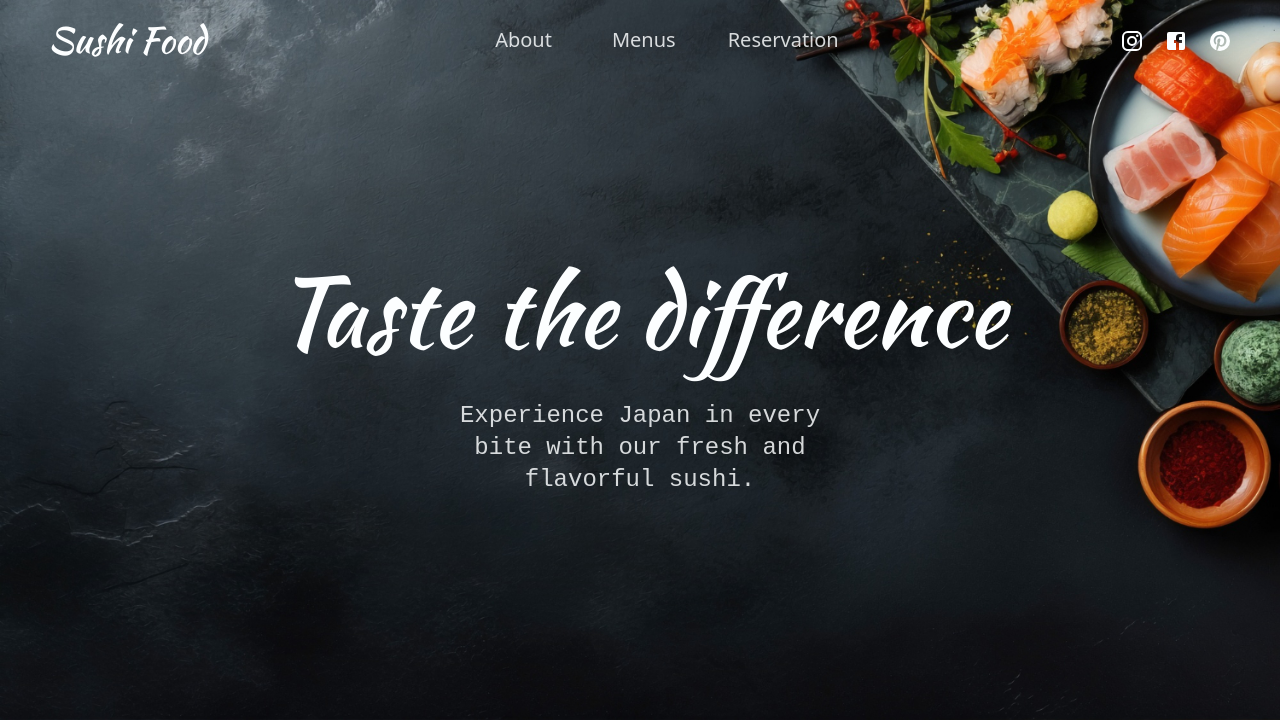
Repository: Adrien-legeleu/sushi-food
Page: /
An editor plug-in stored every save of this project. The page is shown before and after the next save, followed by the edit.
The browser window is 1280 px wide. The pictures show the whole page.
Some web fonts or font styles are not loaded; a fallback is used. The project was rebuilt for these pictures with package versions that can differ from the ones it lists, and the page was loaded fresh each time. Also part of the build but not shown: vite.config.ts.

Above is the page before, as saved 2024-04-28 20:20:39.

### src/App.tsx
import { Header, Landing } from "./Components"

const App =()=> {
  return (
    <div className="bg-greenBlack h-full w-full">
      <Header/>
      <Landing/>
    </div>
  )
}

export default App

### src/index.css
@import url('https://fonts.googleapis.com/css2?family=Kaushan+Script&family=Nanum+Gothic+Coding&display=swap');

@tailwind base;
@tailwind components;
@tailwind utilities;

*{
    margin: 0;
    padding: 0;
    box-sizing: border-box;
}

### src/Components/index.ts
export * from "./Landing";
export * from "./Header";

### src/Components/Landing.tsx
export const Landing =()=>{
    return(
        <div className="h-screen w-full bg-[url('././assets/mainfond.jpg')] bg-cover bg-center-top flex items-center justify-center flex-col gap-10 pt-10">
            <h1 className="font-title text-whiteTitle text-8xl">Taste the difference</h1>
            <p className="text-whiteText font-text text-2xl text-center w-1/3">Experience Japan in every bite with our fresh and flavorful sushi.</p>
        </div>
    )
}

### src/Components/Header.tsx
import InstagramIcon from '@mui/icons-material/Instagram';
import FacebookIcon from '@mui/icons-material/Facebook';
import PinterestIcon from '@mui/icons-material/Pinterest';
export const Header =()=>{
    return (
        <div className='fixed h-20 w-full max-w-[1400px] top-0 left-1/2 -translate-x-1/2 flex justify-between items-center pl-12 pr-12'>
            <h2 className='font-title text-4xl text-whiteTitle'>Sushi Food</h2>
            <ul className='flex items-center gap-5 justify-between text-whiteText text-xl'>
                <li className='cursor-pointer  duration-200 hover:bg-green rounded-full p-6 pt-2 pb-2'>About</li>
                <li className='cursor-pointer  duration-200 hover:bg-green rounded-full p-4 pt-2 pb-2'>Menus</li>
                <li className='cursor-pointer  duration-200 hover:bg-green rounded-full p-4 pt-2 pb-2'>Reservation</li>
            </ul>
            <ul className='flex items-center justify-between gap-5 text-whiteTitle'>
                <li>
                    <InstagramIcon/>


                </li>
                <li> <FacebookIcon/></li>
                <li><PinterestIcon/></li>
            </ul>
        </div>
    )
}

### tailwind.config.js
/** @type {import('tailwindcss').Config} */
export default {
  content: ["./index.html", "./src/**/*.{js,ts,jsx,tsx}"],
  theme: {
    extend: {
      backgroundColor: {
        greenBlack: "#0B1517",
      },
      colors: {
        green: "#A6977C",
        whiteTitle: "#FCFEFF",
        whiteText: "#FCFEFFD5",
      },
    },
    fontFamily: {
      title: ["Kaushan Script", "cursive"],
      text: ["Nanum Gothic Coding", "monospace"],
    },
  },
  plugins: [],
};

Loaded but not shown: index.html (common file); src/main.tsx (common file)

After the next save:
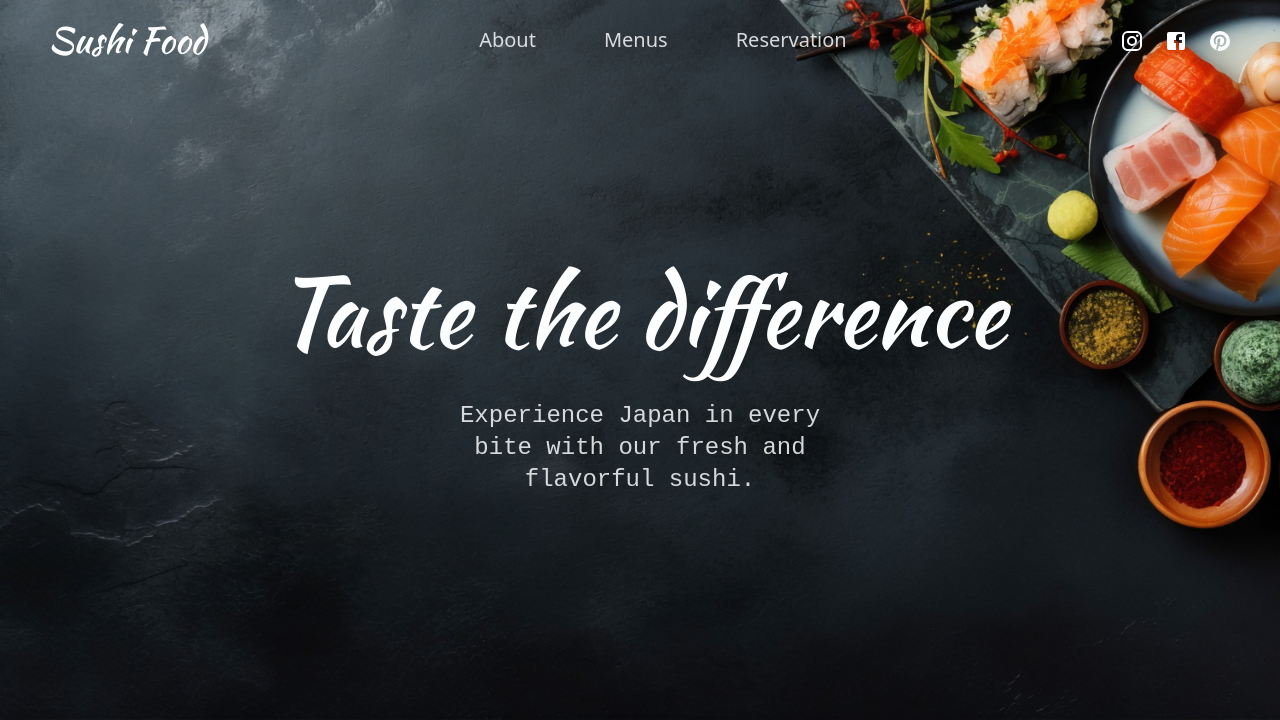
Saved 9 s later.
--- a/src/Components/Header.tsx
+++ b/src/Components/Header.tsx
@@ -7,8 +7,8 @@ export const Header =()=>{
             <h2 className='font-title text-4xl text-whiteTitle'>Sushi Food</h2>
             <ul className='flex items-center gap-5 justify-between text-whiteText text-xl'>
                 <li className='cursor-pointer  duration-200 hover:bg-green rounded-full p-6 pt-2 pb-2'>About</li>
-                <li className='cursor-pointer  duration-200 hover:bg-green rounded-full p-4 pt-2 pb-2'>Menus</li>
-                <li className='cursor-pointer  duration-200 hover:bg-green rounded-full p-4 pt-2 pb-2'>Reservation</li>
+                <li className='cursor-pointer  duration-200 hover:bg-green rounded-full p-6 pt-2 pb-2'>Menus</li>
+                <li className='cursor-pointer  duration-200 hover:bg-green rounded-full p-6 pt-2 pb-2'>Reservation</li>
             </ul>
             <ul className='flex items-center justify-between gap-5 text-whiteTitle'>
                 <li>
